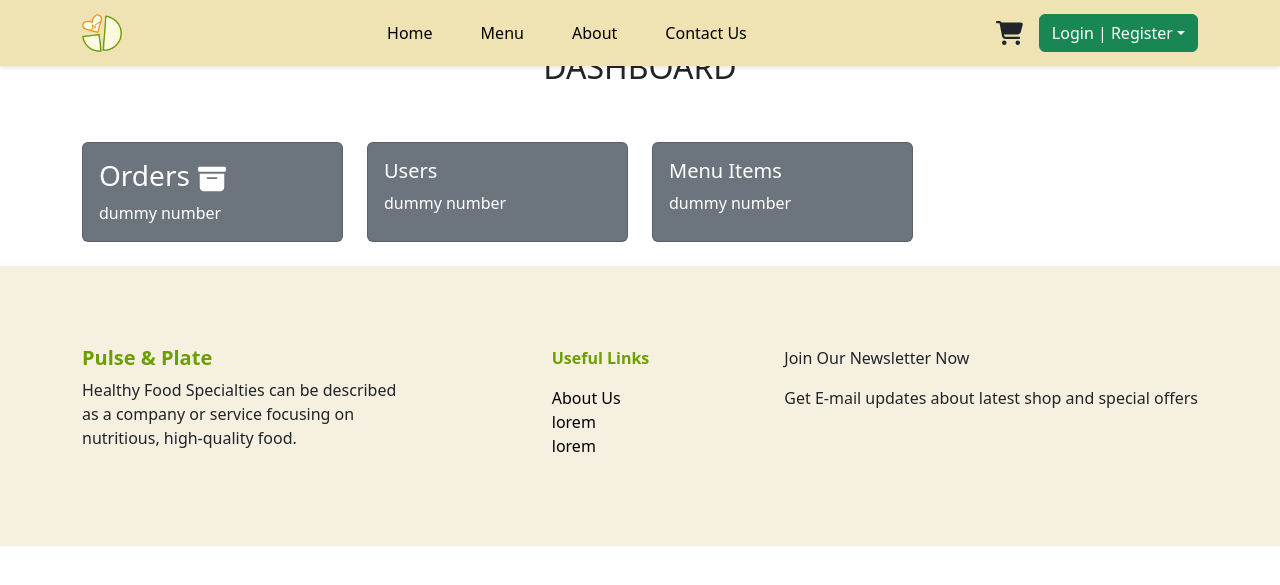
Repository: zeinawady/Pulse-and-Plate
Page: /dashboard
The author's editor kept a copy of each file at every save. The page is drawn from the files as they stood at one save, then again after the next save.
The browser window is 1280 px wide. The pictures show the whole page.
The project was rebuilt for these pictures with package versions that can differ from the ones it lists, and the page was loaded fresh each time. Also part of the build but not shown: src/components/Main/Main.css, src/components/Main/Main.js, src/components/Menu/MealCard.css, src/components/Menu/MealCard.js, src/components/Menu/Categories.css, src/components/Menu/Categories.js, src/components/Menu/Menu.css, src/components/Menu/Menu.js and 21 more.

Above is the page before, as saved 2025-05-15 18:50:43.

After the next save:
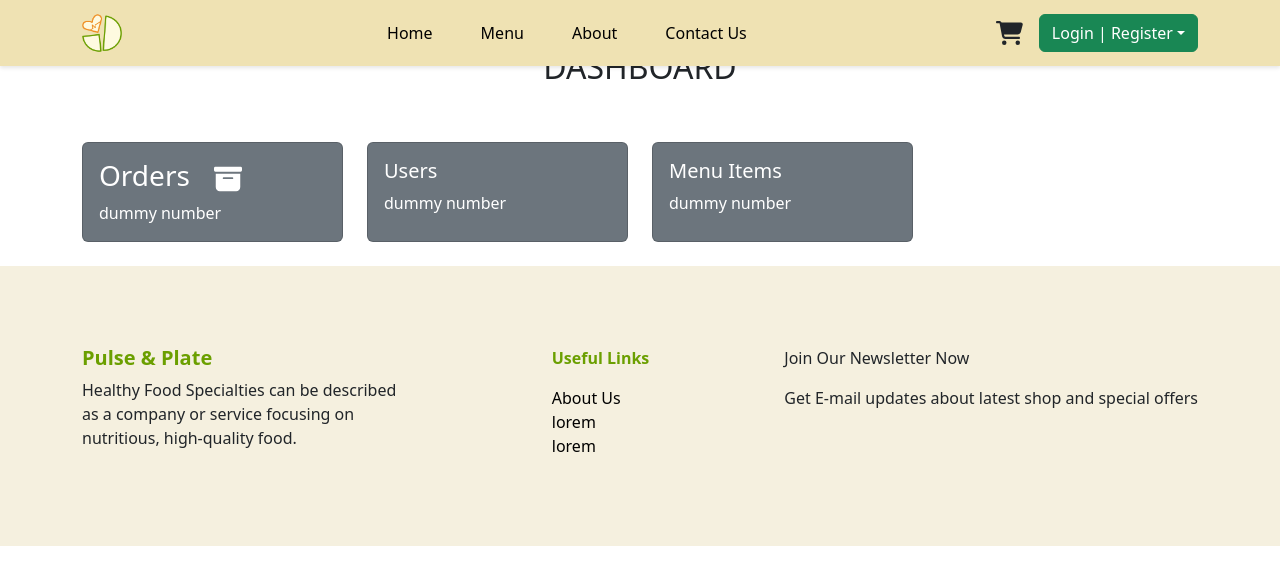
Saved 4 s later.
--- a/src/components/Dashboard/Dashboard.js
+++ b/src/components/Dashboard/Dashboard.js
@@ -14,7 +14,7 @@ export default function Dashboard() {
               <div className="card-inner">
                 <h3 className="card-title">
                   Orders
-                  <span className="card_icon px-2">
+                  <span className="card_icon px-4">
                     <BsFillArchiveFill />
                   </span>
                 </h3>
